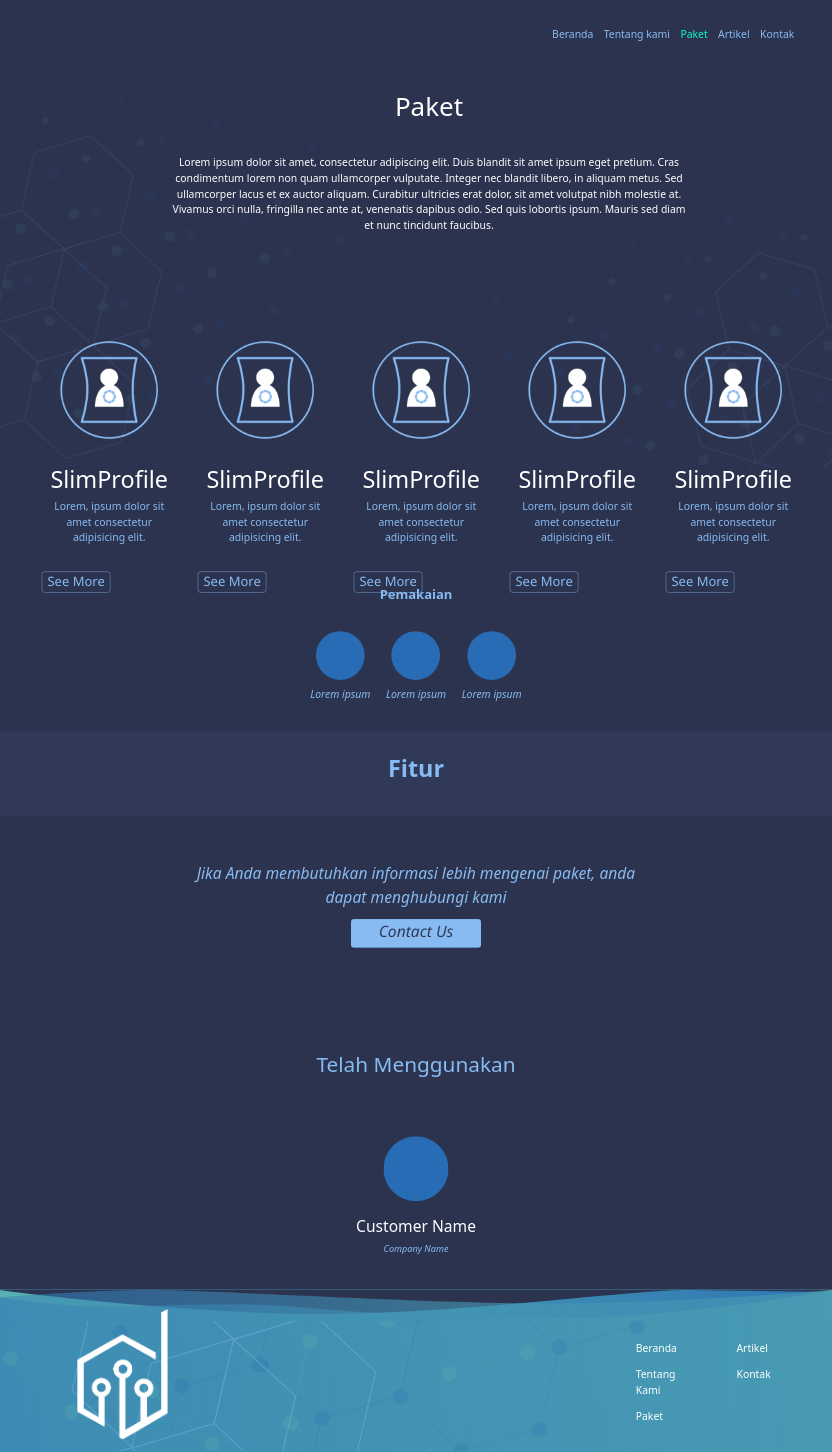
Repository: alfathard/dniztechno
Page: resources/views/productfront/show.blade.php
The author's editor kept a copy of each file at every save. The page is drawn from the files as they stood at one save, then again after the next save.
The browser window is 1280 px wide. The pictures show the whole page, at 65% of full size.
Some web libraries are served in a nearby version. The page is served by the project's Laravel application, run on PHP 8.4 with Laravel 8. The template is opened directly, without the code that normally fills it, so the values that code supplies are empty.

Above is the page before, as saved 2025-03-22 08:51:33.
Console error: ReferenceError: $ is not defined

After the next save:
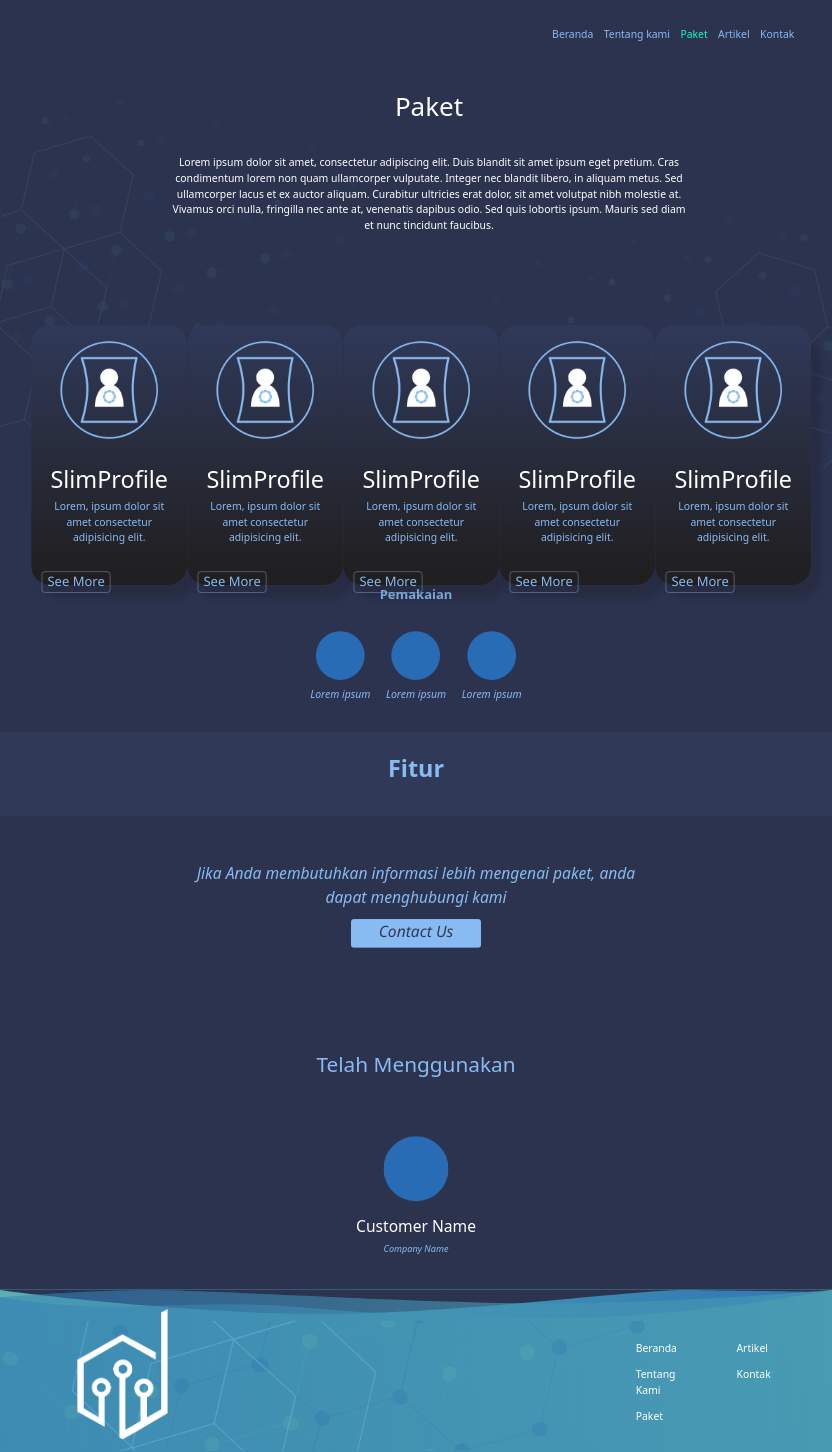
Saved 53 s later.
--- a/public/css/style.css
+++ b/public/css/style.css
@@ -990,10 +990,10 @@ a {
 .ss-product-card{
     height: 400px;
     width: 240px;
-    /* background: transparent; */
-    position: relative;
-    /* box-shadow: 15px 20px 10px #100F0F29; */
-    /* border-radius: 30px; */
+    position: relative;
+    background: transparent linear-gradient(180deg, #2F3959 0%, #201E1E 100%) 0% 0% no-repeat padding-box;
+    box-shadow: 15px 20px 10px #100F0F29;
+    border-radius: 30px;
 }
 
 .ss-product-card-na{
